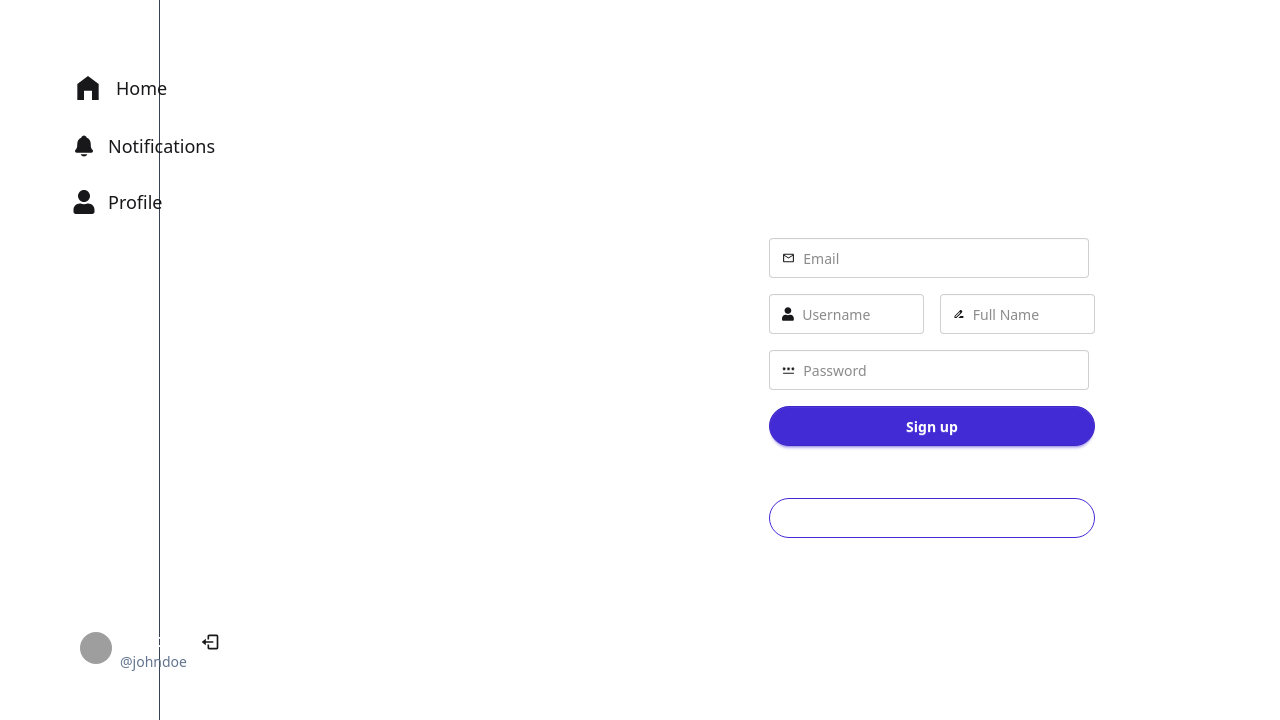
Repository: Subhashree-Nayak507/social_deployment
Page: /signup (app in client/)
The author's editor kept a copy of each file at every save. The page is drawn from the files as they stood at one save, then again after the next save.
The browser window is 1280 px wide. The pictures show the whole page.
Pictures or frames that could not be fetched are drawn as grey boxes. The project was rebuilt for these pictures with package versions that can differ from the ones it lists, and the page was loaded fresh each time. Also part of the build but not shown: client/vite.config.js, client/src/components/common/Posts.jsx, client/src/home/CreatePost.jsx, client/src/home/HomePage.jsx, client/src/pages/auth/LoginPage.jsx. Imported but missing from the stored project, and not drawn on this page: client/src/components/common/Post, client/src/components/skeletons/PostSkeleton, client/src/components/skeletons/RightPanelSkeleton.

Above is the page before, as saved 2025-02-10 09:44:23.

### client/src/main.jsx
import { StrictMode } from 'react';
import { createRoot } from 'react-dom/client';
import { Provider } from 'react-redux';
import { BrowserRouter } from 'react-router-dom';
import App from './App.jsx';
import { store } from './store/Store.js'; // Ensure store is imported
import './index.css';

createRoot(document.getElementById('root')).render(
  <StrictMode>
    <Provider store={store}>
      <BrowserRouter>
        <App />
      </BrowserRouter>
    </Provider>
  </StrictMode>
);

### client/src/App.jsx
import { Route, Routes } from "react-router-dom";
import SignUpPage from "./pages/auth/SignupPage";
import HomePage from "./home/HomePage";
import LoginPage from "./pages/auth/LoginPage";
import Sidebar from "./components/common/Sidebar";

function App() {

  return (
    <div className='flex max-w-6xl mx-auto'data-theme="black" >
      <Sidebar />
      <Routes>
        <Route path='/' element={<HomePage />} />
        <Route path='/signup' element={<SignUpPage />} />
        <Route path='/login' element={<LoginPage />} />
      </Routes>
    </div>
  );
}

export default App;

### client/src/store/Store.js
import { configureStore } from "@reduxjs/toolkit";

export const store = configureStore({
  reducer: {

  },
});

### client/src/pages/auth/SignupPage.jsx
import { Link } from "react-router-dom";
import { useState } from "react";

import XSvg from "../../components/svgs/X";

import { MdOutlineMail } from "react-icons/md";
import { FaUser } from "react-icons/fa";
import { MdPassword } from "react-icons/md";
import { MdDriveFileRenameOutline } from "react-icons/md";

const SignUpPage = () => {
	const [formData, setFormData] = useState({
		email: "",
		username: "",
		fullName: "",
		password: "",
	});

	const handleSubmit = (e) => {
		e.preventDefault();
		console.log(formData);
	};

	const handleInputChange = (e) => {
		setFormData({ ...formData, [e.target.name]: e.target.value });
	};

	const isError = false;

	return (
		<div className='max-w-screen-xl mx-auto flex h-screen px-10'>
			<div className='flex-1 hidden lg:flex items-center  justify-center'>
				<XSvg className=' lg:w-2/3 fill-white' />
			</div>
			<div className='flex-1 flex flex-col justify-center items-center'>
				<form className='lg:w-2/3  mx-auto md:mx-20 flex gap-4 flex-col' onSubmit={handleSubmit}>
					<XSvg className='w-24 lg:hidden fill-white' />
					<h1 className='text-4xl font-extrabold text-white'>Join today.</h1>
					<label className='input input-bordered rounded flex items-center gap-2'>
						<MdOutlineMail />
						<input
							type='email'
							className='grow'
							placeholder='Email'
							name='email'
							onChange={handleInputChange}
							value={formData.email}
						/>
					</label>
					<div className='flex gap-4 flex-wrap'>
						<label className='input input-bordered rounded flex items-center gap-2 flex-1'>
							<FaUser />
							<input
								type='text'
								className='grow '
								placeholder='Username'
								name='username'
								onChange={handleInputChange}
								value={formData.username}
							/>
						</label>
						<label className='input input-bordered rounded flex items-center gap-2 flex-1'>
							<MdDriveFileRenameOutline />
							<input
								type='text'
								className='grow'
								placeholder='Full Name'
								name='fullName'
								onChange={handleInputChange}
								value={formData.fullName}
							/>
						</label>
					</div>
					<label className='input input-bordered rounded flex items-center gap-2'>
						<MdPassword />
						<input
							type='password'
							className='grow'
							placeholder='Password'
							name='password'
							onChange={handleInputChange}
							value={formData.password}
						/>
					</label>
					<button className='btn rounded-full btn-primary text-white'>Sign up</button>
					{isError && <p className='text-red-500'>Something went wrong</p>}
				</form>
				<div className='flex flex-col lg:w-2/3 gap-2 mt-4'>
					<p className='text-white text-lg'>Already have an account?</p>
					<Link to='/login'>
						<button className='btn rounded-full btn-primary text-white btn-outline w-full'>Sign in</button>
					</Link>
				</div>
			</div>
		</div>
	);
};
export default SignUpPage;

### client/src/components/common/Sidebar.jsx
import XSvg from "../svgs/X";

import { MdHomeFilled } from "react-icons/md";
import { IoNotifications } from "react-icons/io5";
import { FaUser } from "react-icons/fa";
import { Link } from "react-router-dom";
import { BiLogOut } from "react-icons/bi";

const Sidebar = () => {
	const data = {
		fullName: "John Doe",
		username: "johndoe",
		profileImg: "/avatars/boy1.png",
	};

	return (
		<div className='md:flex-[2_2_0] w-18 max-w-52'>
			<div className='sticky top-0 left-0 h-screen flex flex-col border-r border-gray-700 w-20 md:w-full'>
				<Link to='/' className='flex justify-center md:justify-start'>
					<XSvg className='px-2 w-12 h-12 rounded-full fill-white hover:bg-stone-900' />
				</Link>
				<ul className='flex flex-col gap-3 mt-4'>
					<li className='flex justify-center md:justify-start'>
						<Link
							to='/'
							className='flex gap-3 items-center hover:bg-stone-900 transition-all rounded-full duration-300 py-2 pl-2 pr-4 max-w-fit cursor-pointer'
						>
							<MdHomeFilled className='w-8 h-8' />
							<span className='text-lg hidden md:block'>Home</span>
						</Link>
					</li>
					<li className='flex justify-center md:justify-start'>
						<Link
							to='/notifications'
							className='flex gap-3 items-center hover:bg-stone-900 transition-all rounded-full duration-300 py-2 pl-2 pr-4 max-w-fit cursor-pointer'
						>
							<IoNotifications className='w-6 h-6' />
							<span className='text-lg hidden md:block'>Notifications</span>
						</Link>
					</li>

					<li className='flex justify-center md:justify-start'>
						<Link
							to={`/profile/${data?.username}`}
							className='flex gap-3 items-center hover:bg-stone-900 transition-all rounded-full duration-300 py-2 pl-2 pr-4 max-w-fit cursor-pointer'
						>
							<FaUser className='w-6 h-6' />
							<span className='text-lg hidden md:block'>Profile</span>
						</Link>
					</li>
				</ul>
				{data && (
					<Link
						to={`/profile/${data.username}`}
						className='mt-auto mb-10 flex gap-2 items-start transition-all duration-300 hover:bg-[#181818] py-2 px-4 rounded-full'
					>
						<div className='avatar hidden md:inline-flex'>
							<div className='w-8 rounded-full'>
								<img src={data?.profileImg || "/avatar-placeholder.png"} />
							</div>
						</div>
						<div className='flex justify-between flex-1'>
							<div className='hidden md:block'>
								<p className='text-white font-bold text-sm w-20 truncate'>{data?.fullName}</p>
								<p className='text-slate-500 text-sm'>@{data?.username}</p>
							</div>
							<BiLogOut className='w-5 h-5 cursor-pointer' />
						</div>
					</Link>
				)}
			</div>
		</div>
	);
};
export default Sidebar;

### client/src/components/common/RightPanel.jsx
import { Link } from "react-router-dom";
import RightPanelSkeleton from "../skeletons/RightPanelSkeleton";
import { USERS_FOR_RIGHT_PANEL } from "../../utils/db/dummy";

const RightPanel = () => {
	const isLoading = false;

	return (
		<div className='hidden lg:block my-4 mx-2'>
			<div className='bg-[#16181C] p-4 rounded-md sticky top-2'>
				<p className='font-bold'>Who to follow</p>
				<div className='flex flex-col gap-4'>
					{/* item */}
					{isLoading && (
						<>
							<RightPanelSkeleton />
							<RightPanelSkeleton />
							<RightPanelSkeleton />
							<RightPanelSkeleton />
						</>
					)}
					{!isLoading &&
						USERS_FOR_RIGHT_PANEL?.map((user) => (
							<Link
								to={`/profile/${user.username}`}
								className='flex items-center justify-between gap-4'
								key={user._id}
							>
								<div className='flex gap-2 items-center'>
									<div className='avatar'>
										<div className='w-8 rounded-full'>
											<img src={user.profileImg || "/avatar-placeholder.png"} />
										</div>
									</div>
									<div className='flex flex-col'>
										<span className='font-semibold tracking-tight truncate w-28'>
											{user.fullName}
										</span>
										<span className='text-sm text-slate-500'>@{user.username}</span>
									</div>
								</div>
								<div>
									<button
										className='btn bg-white text-black hover:bg-white hover:opacity-90 rounded-full btn-sm'
										onClick={(e) => e.preventDefault()}
									>
										Follow
									</button>
								</div>
							</Link>
						))}
				</div>
			</div>
		</div>
	);
};
export default RightPanel;

### client/src/utils/db/dummy.js
export const POSTS = [
	{
		_id: "1",
		text: "Let's build a fullstack WhatsApp clone with NEXT.JS 14 😍",
		img: "/posts/post1.png",
		user: {
			username: "johndoe",
			profileImg: "/avatars/boy1.png",
			fullName: "John Doe",
		},
		comments: [
			{
				_id: "1",
				text: "Nice Tutorial",
				user: {
					username: "janedoe",
					profileImg: "/avatars/girl1.png",
					fullName: "Jane Doe",
				},
			},
		],
		likes: ["6658s891", "6658s892", "6658s893", "6658s894"],
	},
	{
		_id: "2",
		text: "How you guys doing? 😊",
		user: {
			username: "johndoe",
			profileImg: "/avatars/boy2.png",
			fullName: "John Doe",
		},
		comments: [
			{
				_id: "1",
				text: "Nice Tutorial",
				user: {
					username: "janedoe",
					profileImg: "/avatars/girl2.png",
					fullName: "Jane Doe",
				},
			},
		],
		likes: ["6658s891", "6658s892", "6658s893", "6658s894"],
	},
	{
		_id: "3",
		text: "Astronaut in a room of drawers, generated by Midjourney. 🚀",
		img: "/posts/post2.png",
		user: {
			username: "johndoe",
			profileImg: "/avatars/boy3.png",
			fullName: "John Doe",
		},
		comments: [],
		likes: ["6658s891", "6658s892", "6658s893", "6658s894", "6658s895", "6658s896"],
	},
	{
		_id: "4",
		text: "I'm learning GO this week. Any tips? 🤔",
		img: "/posts/post3.png",
		user: {
			username: "johndoe",
			profileImg: "/avatars/boy3.png",
			fullName: "John Doe",
		},
		comments: [
			{
				_id: "1",
				text: "Nice Tutorial",
				user: {
					username: "janedoe",
					profileImg: "/avatars/girl3.png",
					fullName: "Jane Doe",
				},
			},
		],
		likes: [
			"6658s891",
			"6658s892",
			"6658s893",
			"6658s894",
			"6658s895",
			"6658s896",
			"6658s897",
			"6658s898",
			"6658s899",
		],
	},
];

export const USERS_FOR_RIGHT_PANEL = [
	{
		_id: "1",
		fullName: "John Doe",
		username: "johndoe",
		profileImg: "/avatars/boy2.png",
	},
	{
		_id: "2",
		fullName: "Jane Doe",
		username: "janedoe",
		profileImg: "/avatars/girl1.png",
	},
	{
		_id: "3",
		fullName: "Bob Doe",
		username: "bobdoe",
		profileImg: "/avatars/boy3.png",
	},
	{
		_id: "4",
		fullName: "Daisy Doe",
		username: "daisydoe",
		profileImg: "/avatars/girl2.png",
	},
];

Loaded but not shown: client/index.html (common file); client/src/index.css (common file); client/src/components/svgs/X.jsx (common file)

After the next save:
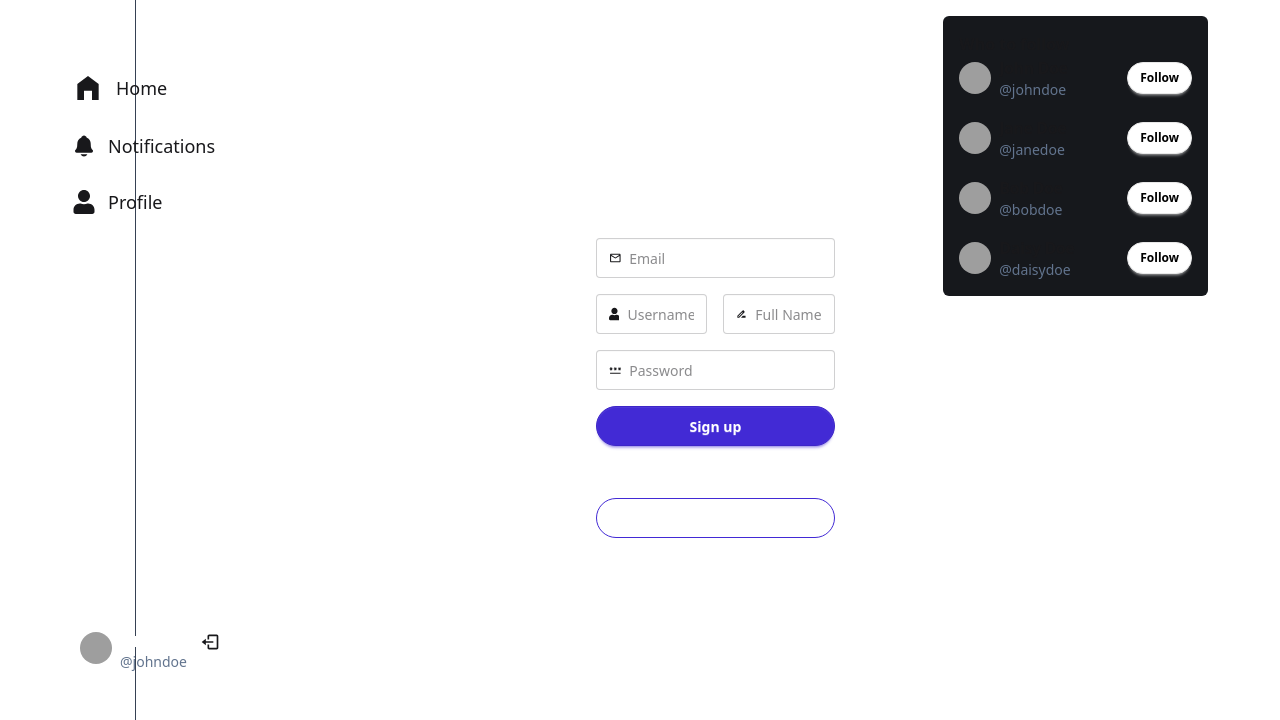
Saved 2 min 47 s later.
--- a/client/src/App.jsx
+++ b/client/src/App.jsx
@@ -3,6 +3,7 @@
 import HomePage from "./home/HomePage";
 import LoginPage from "./pages/auth/LoginPage";
 import Sidebar from "./components/common/Sidebar";
+import RightPanel from "./components/common/RightPanel";
 
 function App() {
 
@@ -14,7 +15,9 @@
         <Route path='/signup' element={<SignUpPage />} />
         <Route path='/login' element={<LoginPage />} />
       </Routes>
+      <RightPanel />
     </div>
+
   );
 }
 
